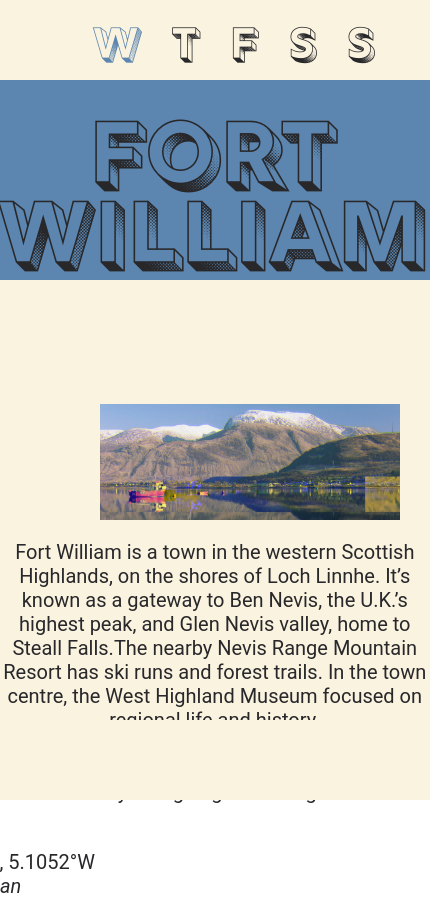
Repository: etak-yram/FINAL-CFG-WEB-DEV
Page: wednesday.html
These files come from the project's save history. The page is drawn as it stood at one moment and after the next save; the edit follows.
The browser window is 375 px wide. The page is 430 px wide, so the pictures cover 430 px, including what lies to the right of the window. The pictures show the whole page.

Above is the page before, as saved 2022-07-27 13:34:50.

After the next save:
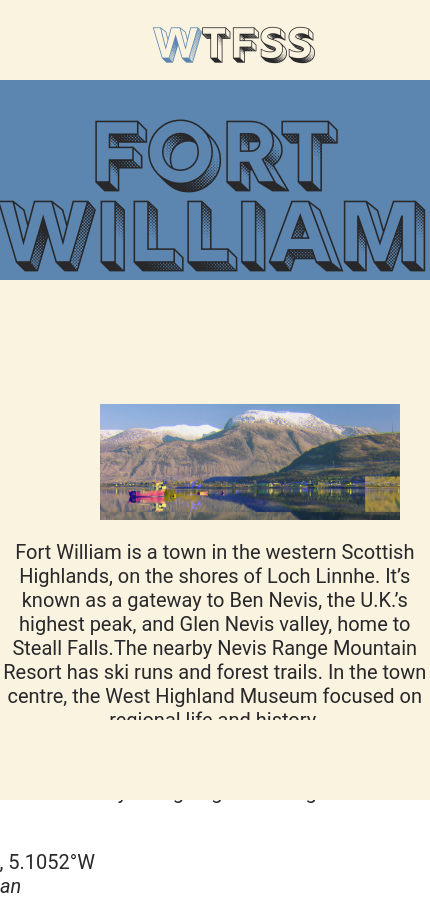
Saved 14 s later.
--- a/style-main.css
+++ b/style-main.css
@@ -214,7 +214,7 @@
     text-decoration: none;
     color: #28282B;
     font-size: 3rem;
-    padding: 15px;
+    /* padding: 15px; */
 
   }
 

After the save that followed:
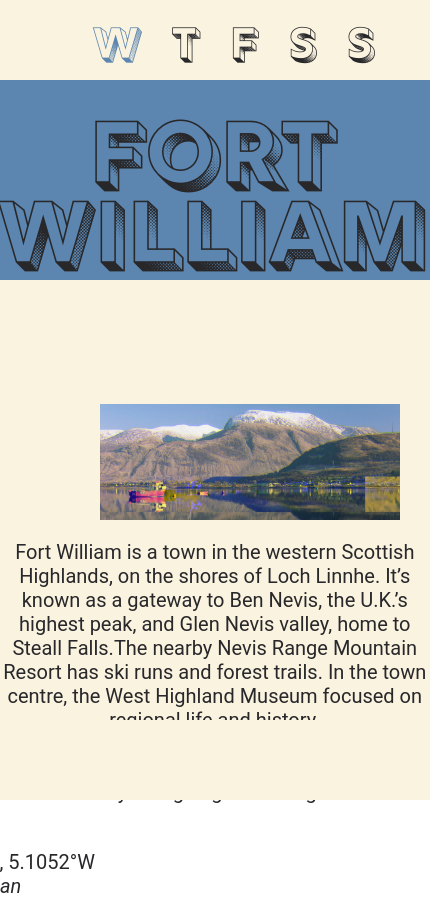
Saved 8 s later.
--- a/style-main.css
+++ b/style-main.css
@@ -214,7 +214,7 @@
     text-decoration: none;
     color: #28282B;
     font-size: 3rem;
-    /* padding: 15px; */
+    padding: 15px;
 
   }
 
